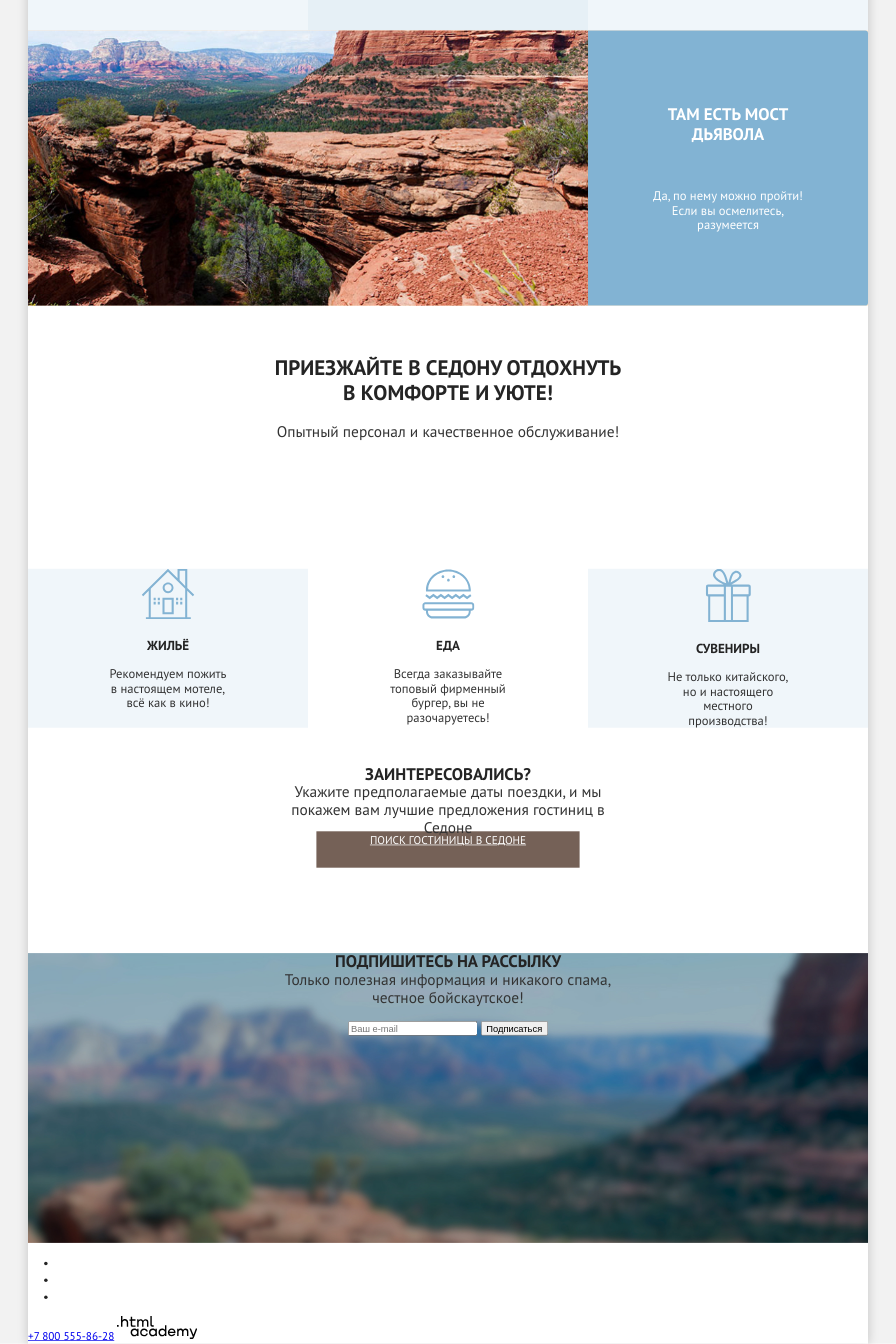
Repository: zakhgagne/2512253-sedona-1
Page: index.html
These files come from the project's save history. The page is drawn as it stood at one moment and after the next save; the edit follows.
The browser window is 1280 px wide. The pictures show the part of the page from y = 1551 to 3471 px (the page is 3471 px tall), at 70% of full size.

Above is the page before, as saved 2024-05-11 19:31:32.

### index.html
<!DOCTYPE html>
<html lang="ru">

  <head>
    <meta charset="utf-8">
    <title>Сайт города Седона</title>
    <link rel="stylesheet" href="styles/styles.css">
  </head>

  <body>
    <div class="container">
      <header class="header">
        <a class="logo-link" href="#">
          <img class="logo-image" src="./images/logo.svg" alt="Любимая Седона" width="" height="">
        </a>
        <nav class="navigation">
          <ul class="main-menu">
            <li class="menu-item">
              <a href="./index.html" class="menu-link">Главная</a>
            </li>
            <li class="menu-item">
              <a href="#" class="menu-link">О Седоне</a>
            </li>
            <li class="menu-item">
              <a href="./catalog.html" class="menu-link">Гостиницы</a>
            </li>
          </ul>
          <ul class="user-menu">
            <li class="user-menu-item">
              <a href="#" class="user-menu-link">
                <span class="visually-hidden">Поиск</span>
              </a>
            </li>
            <li class="user-menu-item">
              <a href="#" class="user-menu-link">
                <span class="visually-hidden">Избранное</span>
                <span class="like-number">12</span>
              </a>
            </li>
            <li class="user-menu-item">
              <a href="#" class="user-menu-link">Хочу сюда!</a>
            </li>
          </ul>
        </nav>
      </header>
      <main class="main-container">
        <h1 class="visually-hidden">Cайт города Седона</h1>
        <section class="welcome">
          <h2 class="visually-hidden">Приглашение</h2>
          <img src="./images/welcome.svg" class="welcome-image" width="" height="" alt="Welcome">
        </section>

        <section class="city">
          <h2 class="city-title">Седона — небольшой городок в Аризоне, заслуживающий большего!</h2>
          <p class="city-subtitle">Рассмотрим причины, по которым Седона круче, чем Гранд-Каньон!</p>

          <ul class="reason-list">
            <li class="reason-item reason-item-special">
              <div class="reason-container">
                <h3 class="reason-title">Настоящий городок</h3>
                <p class="reason-text">Седона — не аттракцион для туристов, там течёт своя жизнь</p>
              </div>
              <img src="./images/photo-1.jpg" class="reason-image" width="" height="">
            </li>
            <li class="reason-item">
              <div class="reason-container">
                <h3 class="reason-title">Небольшая площадь</h3>
                <p class="reason-text">Все достопримечательности находятся очень близко</p>
              </div>
            </li>
            <li class="reason-item">
              <div class="reason-container">
                <h3 class="reason-title">Красивая дорога</h3>
                <p class="reason-text">Ехать в Седону из Лас-Вегаса совсем не скучно!</p>
              </div>
            </li>
            <li class="reason-item">
              <div class="reason-container">
                <h3 class="reason-title">Мало туристов</h3>
                <p class="reason-text">Большинство едет в Гранд Каньон и толпится там</p>
              </div>
            </li>
            <li class="reason-item reason-item-special">
              <img src="./images/photo-2.jpg" class="reason-image" width="" height="">
              <div class="reason-container">
                <h3 class="reason-title">Там есть мост дьявола</h3>
                <p class="reason-text">Да, по нему можно пройти! Если вы осмелитесь, разумеется</p>
              </div>
            </li>
          </ul>
        </section>

        <section class="city-welcome">
          <h2 class="desription">Приезжайте в Седону отдохнуть в комфорте и уюте!</h2>
          <p class="simple-text">Опытный персонал и качественное обслуживание!</p>
          <div class="container-city-welcome">
            <ul class="comfort-list">
              <li class="comfort-item">
                <img src="./images/advantage-icon-home.svg" class="reason-image" width="" height="">
                <h3 class="comfort-title">Жильё</h3>
                <p class="comfort-text">Рекомендуем пожить в настоящем мотеле, всё как в кино!</p>
              </li>
              <li class="comfort-item">
                <img src="./images/advantage-icon-food.svg" class="reason-image" width="" height="">
                <h3 class="comfort-title">Еда</h3>
                <p class="comfort-text">Всегда заказывайте топовый фирменный бургер, вы не разочаруетесь!</p>
              </li>
              <li class="comfort-item">
                <img src="./images/advantage-icon-gift.svg" class="reason-image" width="" height="">
                <h3 class="comfort-title">Сувениры</h3>
                <p class="comfort-text">Не только китайского, но и настоящего местного производства!</p>
              </li>
            </ul>
          </div>
        </section>

        <section class="interest">
          <h2 class="desription">Заинтересовались?</h2>
          <p class="simple-text">Укажите предполагаемые даты поездки, и мы покажем вам лучшие предложения гостиниц в
            Седоне</p>
            <div class="container-button">
          <a href="#" class="button-search-motel">ПОИСК ГОСТИНИЦЫ В седоне</a>
          </div>
        </section>

      </main>

      <footer>
        <section class="news-letter">
          <h2 class="desription">Подпишитесь на рассылку</h2>
          <p class="simple-text">Только полезная информация и никакого спама, честное бойскаутское!</p>

          <form class="subscribe-form" action="https://echo.htmlacademy.ru/" method="post">
            <input class="field" placeholder="Ваш e-mail" type="email" name="distribution-email" required>
            <button class="subscribe-form-button" type="submit">Подписаться</button>
          </form>
        </section>
        <div class="footer-container">
          <section class="contacts">
            <h2 class="visually-hidden">Контакты</h2>
            <ul class="contact-list">
              <li class="contact-list-item">
                <a href="#" class="contact-list-link">
                  <p class="visually-hidden">Вконтакте</p>
                </a>
              </li>
              <li class="contact-list-item">
                <a href="#" class="contact-list-link">
                  <p class="visually-hidden">Телеграм</p>
                </a>
              </li>
              <li class="contact-list-item">
                <a href="#" class="contact-list-link">
                  <p class="visually-hidden">Ютуб</p>
                </a>
              </li>
            </ul>
            <a class="footer-contacts-address-phone" href="tel:+78005558628">+7 800 555-86-28</a>
            <a class="htmlacademy-link" href="https://htmlacademy.ru/">
              <img src="./images/logo-academy.svg" width="" height="" alt="Академия">
            </a>
          </section>
        </div>
      </footer>
    </div>
  </body>

</html>

### styles/styles.css
@font-face {
  font-family: "PT Sans";
  font-style: normal;
  font-weight: 400;
  src: url("../fonts/ptsans-400.woff2") format("woff2");
  font-display: swap;
}

@font-face {
  font-family: "PT Sans";
  font-style: normal;
  font-weight: 700;
  src: url("../fonts/ptsans-700.woff2") format("woff2");
  font-display: swap;
}


body {
  margin: 0;
  font-family: "PT Sans", "Arial", sans-serif;
  font-size: 16px;
  line-height: 24px;
  color: #242424;
  background-color: #f2f2f2;
}

.visually-hidden {
  display: none;
}

.container {
  width: 1200px;
  margin: 0 auto;
  background-color: #ffffff;
  box-shadow: 0 0 15px rgba(0, 0, 0, 0.2);
}

.header {
  background-color: #ffffff;
  position: relative;
  padding: 0 68px 0 238px;
}

.logo-link {
  position: absolute;
  top: 0;
  left: 70px;
}

.logo-image {}

.navigation {
  display: flex;
  justify-content: space-between;
}

.main-menu {
  padding: 0;
  margin: 0;
  list-style: none;
  display: flex;
  width: 500px;
  flex-wrap: wrap;
}

.menu-item {}

.menu-link {
  font-size: 20px;
  font-weight: 700;
  line-height: 24px;
  color: #000000;
  text-decoration: none;
  display: block;
  padding: 20px 16px;

}

.menu-item:nth-child(1) {
  /* background-color: red; */
}

.menu-item:nth-child(2) {
  /* background-color: blue; */
}

.menu-item:nth-child(3) {
  /* background-color: red; */
}

.user-menu {
  padding: 0;
  margin: 0;
  list-style: none;
  display: flex;
}

.welcome {
  background-color: #aec5d1;
  background-image: url("../images/white-crown.svg"), url("../images/index-background.jpg");
  background-repeat: no-repeat;
  background-position: center bottom, center top;
  background-size: 1200px 57px, cover;
  padding-top: 51px;
  padding-bottom: 82px;
  min-height: 352px;
}

.welcome-image {
  display: block;
  margin: 0 auto;
}

.city {
  text-align: center;
  padding-top: 70px;
}

.city-title {
  padding: 0;
  margin: 0 auto 24px;
  font-size: 30px;
  font-weight: 700;
  line-height: 36px;
  text-transform: uppercase;
  width: 750px;

}

.city-subtitle {
  padding: 1px;
  margin: 0 auto 87px;
  font-size: 22px;
  font-weight: 400;
  line-height: 26px;
  width: 750px;
}

.reason-list {
  display: flex;
  justify-content: space-between;
  text-align: center;
  padding: 0;
  margin: 0;
  list-style: none;
  flex-wrap: wrap;
}

.reason-item {
  display: flex;
  background-color: bisque;
}

.reason-container {
  width: 400px;
  padding-top: 106px;
  padding-bottom: 105px;
}

.reason-title {
  margin: 0 auto 63px;
  padding: 0;
  font-size: 24px;
  font-weight: 700;
  line-height: 28px;
  width: 175px;
  text-transform: uppercase;

}

.reason-text {
  padding: 0;
  margin: 0 auto;
  font-size: 18px;
  font-weight: 400;
  line-height: 21px;
  width: 231px;
}

.reason-item:nth-child(2n) {
  background-color: #f0f6fa;
}

.reason-item:nth-child(3n) {
  background-color: #e6f0f6;
}

.reason-item-special .reason-container {
  background-color: #82B3D3;
  border-radius: 0px 4px 4px 0px;
  color: #FFFFFF;

}

.comfort-list {
  display: flex;
  justify-content: space-between;
  text-align: center;
  padding: 0;
  margin: 0;
  list-style: none;
}

.comfort-item {
  width: 400px;
}
.comfort-item:nth-child(even) {
  background-color: #ffffff;
}
.comfort-item:nth-child(odd) {
  background-color: #f0f6fa;
}

.interest {
  text-align: center;
  margin: 54px auto;
  height: 214px;
  width: 592px;
}

.desription {
  padding: 0;
  margin: 0;
  text-transform: uppercase;
}

.footer-container {
  display: flex;
  margin: 0 auto;
}


.news-letter {
  background-image: url("../images/subscribe.jpg");
  background-repeat: no-repeat;
  min-height: 414px;
  text-align: center;

  /*width: 684px;*/
}

.city-welcome {
  text-align: center;
  padding-top: 70px;
}

.city-welcome .desription {
  padding: 0;
  margin: 0 auto 24px;
  font-size: 30px;
  font-weight: 700;
  line-height: 36px;
  text-transform: uppercase;
  width: 500px;
}

.simple-text {

  padding: 0;
  margin: 0 auto;
  width: 490px;
  height: 70px;

  /* Texts/Text basic */
  font-weight: 400;
  font-size: 22px;
  line-height: 26px;
  /* identical to box height, or 118% */
  /* Texts/second */
  color: #333333;
}

.container-city-welcome {

  text-align: center;
  padding-top: 140px;
}

.comfort-text {
  font-weight: 400;
  font-size: 18px;
  line-height: 21px;
  color: #333333;
  flex: none;
  order: 2;
  align-self: stretch;
  flex-grow: 0;
  width: 175px;
  margin: 0 auto;
  padding: 0;
}
.comfort-title {
text-transform: uppercase;
}

.container-button {
  /* Кнопка */
  width: 376px;
  height: 52px;
  color: #FFFFFF;
  /* Inside auto layout */
  flex: none;
  order: 1;
  flex-grow: 0;
  margin: 0 auto 0;
  padding: 0;
  padding-top: 10;
  background-color: #756157;
}
.button-search-motel{
  color: #FFFFFF;
  text-transform: uppercase;
}

After the next save:
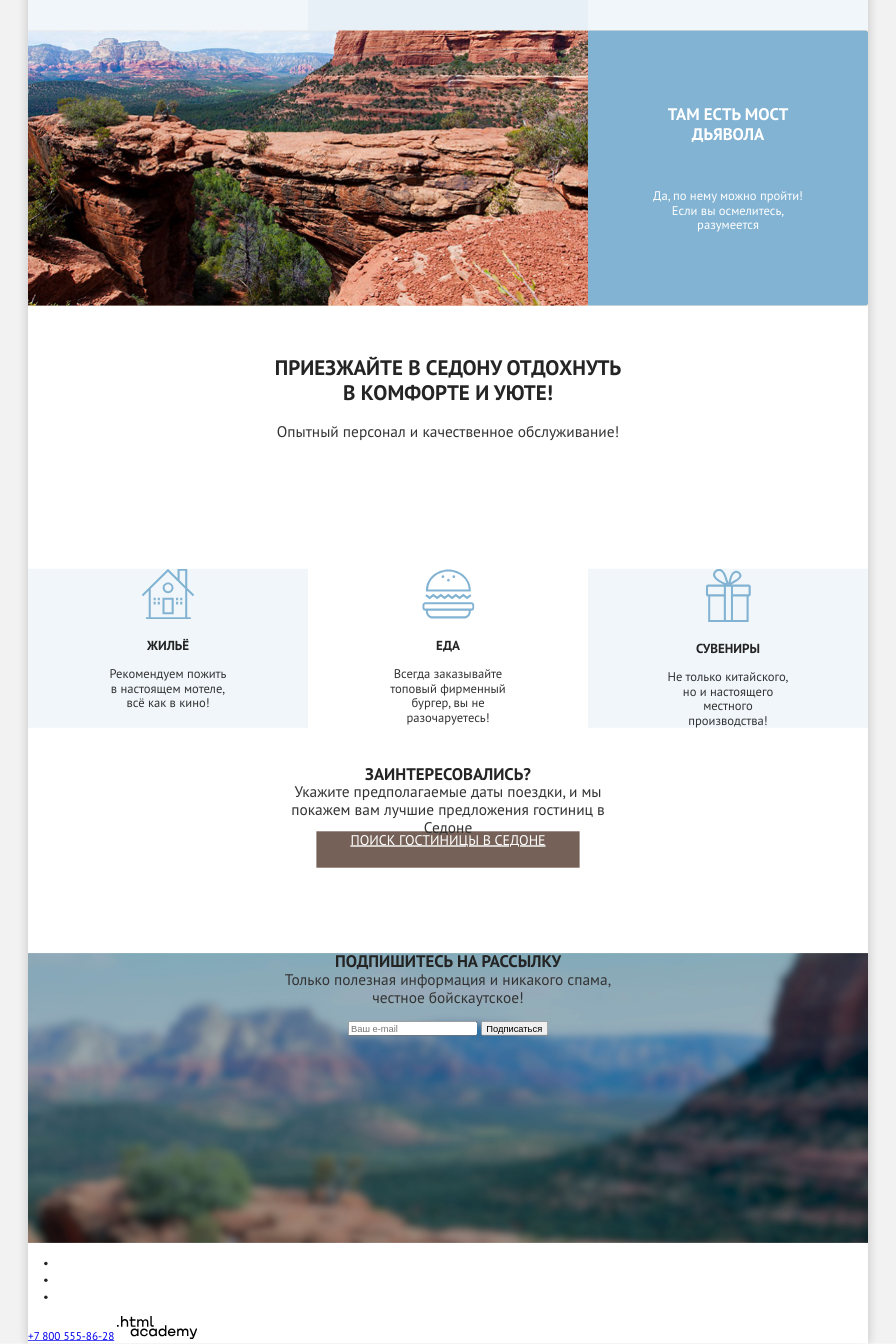
Saved 2 min 0 s later.
--- a/styles/styles.css
+++ b/styles/styles.css
@@ -310,4 +310,5 @@
 .button-search-motel{
   color: #FFFFFF;
   text-transform: uppercase;
-}
+  font-size: 20px;
+}
